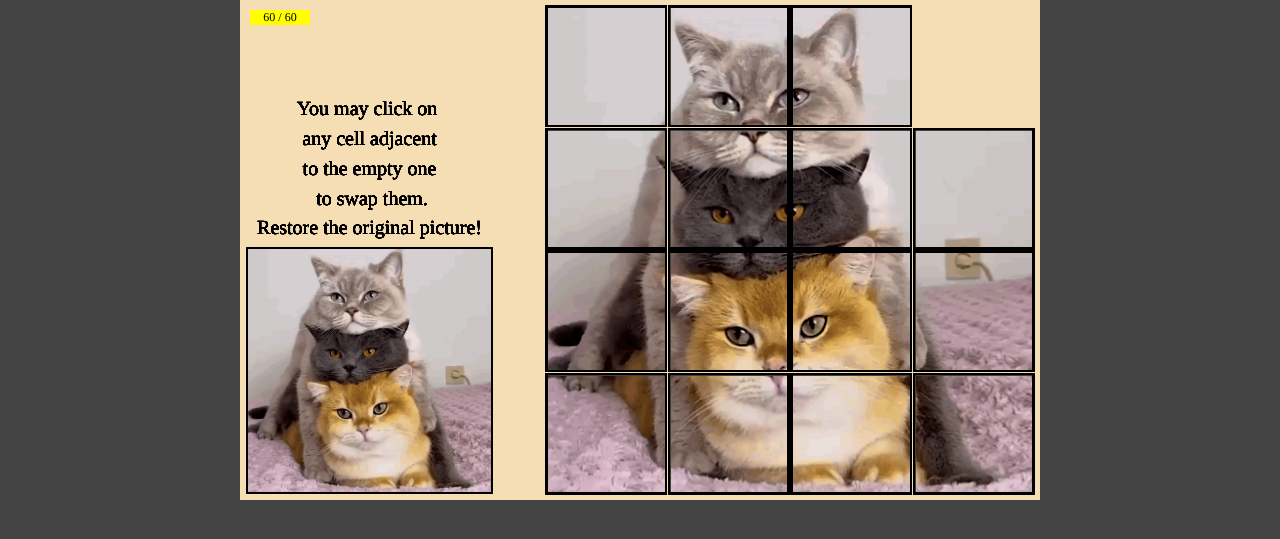
Repository: StevenZsombo/games
Page: docs/index.html
The author's editor kept a copy of each file at every save. The page is drawn from the files as they stood at one save, then again after the next save.
The browser window is 1280 px wide. The pictures show the whole page.

Above is the page before, as saved 2025-07-02 20:27:43.

### docs/index.html
<!DOCTYPE html>
<html lang="en">

<head>
  <meta charset="UTF-8">
  <meta name="viewport" content="width=device-width, initial-scale=1.0">
  <title>Game by Steven Zs :)</title>
  <style>
    body {
      margin: 0;
      padding: 0;
      min-height: 100vh;
      display: flex;
      justify-content: center;
      background: #444;
    }

    #canvasContainer {
      margin: 0;
      max-width: 800px;
      max-height: 500px;
      width: 100%;
      background: #000000;
    }

    #canvasContainer.full {
      position: fixed;
      top: 0;
      left: 0;
      right: 0;
      bottom: 0;
      margin: 0;
      max-width: none;
      max-height: none;
      display: flex;
      align-items: center;
      justify-content: center;
    }

    canvas {
      display: block;
      background: #000000;
      aspect-ratio: 800/500;
      width: 100%;
      height: auto;
    }

    #canvasContainer.full canvas {
      width: min(100vw, calc(100vh * 1.6));
      height: min(100vh, calc(100vw / 1.6));
      max-width: none;
      max-height: none;
    }
  </style>
</head>

<body>
  <div id="canvasContainer">
    <canvas id="myCanvas" width="800" height="500"></canvas>
  </div>

  <script>
    function fullscreenToggle() {
      document.getElementById('canvasContainer').classList.toggle('full');
    }
  </script>
  <script src="MM.js"></script>
  <script src="scripts.js"></script>
  <script src="animations.js"></script>
  <script src="gui.js"></script>
  <script src="template.js"></script>
</body>

</html>

### docs/template.js
//should import scripts.js
const framerateUnlocked = false
const denybuttons = false

window.onload = function () {
    let canvas = document.getElementById("myCanvas")
    canvas.style.touchAction = 'none'
    canvas.style.userSelect = 'none'
    canvas.style.webkitUserDrag = 'none'
    document.addEventListener('dragover', (e) => {
        e.preventDefault()
        e.stopPropagation()
    }
    )
    document.addEventListener('drop', (e) => {
        e.preventDefault()
        e.stopPropagation()
    }
    )
    canvas.tabIndex = 0
    //canvas.focus()
    beforeMain(canvas)
}

const beforeMain = function (canvas) {
    cropper = new Cropper()
    const cont = {}
    cropper.load_images("cats.png arrows.png".split(" "), cont, () => {
        files.push(cont["cats.png"])
        files.push(cont["arrows.png"])
        main(canvas)
    })


}

const main = function (canvas) {
    canvas ??= document.getElementById("myCanvas")
    game = new Game(canvas)
    game.tick()
}

class Game {
    constructor(canvas) {
        this.canvas = canvas
        this.screen = canvas.getContext("2d")
        this.WIDTH = canvas.width
        this.HEIGHT = canvas.height
        this.SIZE = {
            x: this.WIDTH,
            y: this.HEIGHT
        }
        this.rect = new Rect(0, 0, this.WIDTH, this.HEIGHT)
        this.BGCOLOR = stgs.BGCOLOR ?? "lightgray"
        //null for transparent
        this.CENTER = {
            x: this.SIZE.x / 2,
            y: this.SIZE.y / 2
        }

        this.mouser = new Mouser(canvas)
        this.keyboarder = new Keyboarder(denybuttons)
        this.framerate = new Framerater(true)
        this.framerateUnlocked = framerateUnlocked //redundant unless reused
        this.animator = new Animator()

        this.on_update_extras = []
        this.on_draw_extras = []
        this.append = []

        this.layers = Array(10).fill([])
        this.clickables = []

        this.add_clickable(this.framerate.button) //may be unwise


        this.lastCycleTime = Date.now()

        this.isRunning = true
        this.isDrawing = true

        this.initialize()
        this.initialize_more()
    }
    initialize() {

    }

    tick() {
        if (!this.isDrawing) {
            this.drawnAlready = true
        }
        if (!this.isRunning) {
            return
        }
        const now = Date.now()
        const dt = (now - this.lastCycleTime)
        this.lastCycleTime = now

        const screen = this.screen
        this.drawnAlready ? null : this.draw_reset(screen)
        this.update(dt)
        this.update_more(dt)
        this.on_update_extras.forEach(x => x.call(this))
        this.drawnAlready ? null : this.draw(screen)
        this.drawnAlready ? null : this.draw_more(screen)
        this.on_draw_extras.forEach(x => x.call(this))
        this.next_loop()
        this.next_loop_more()
        this.append.forEach(x => x.call(this))
        this.append.length = 0
        if (!this.isRunning) {
            return
        }

        this.framerate.update(dt, this.drawnAlready)
        if (!this.framerateUnlocked) {
            requestAnimationFrame(this.tick.bind(this))
        } else {
            setTimeout(this.tick.bind(this), 0)
            if (!this.drawnAlready) {
                this.drawnAlready = true
                requestAnimationFrame((function () { this.drawnAlready = false }).bind(this))
                this.animator.draw()
            }
        }




    }

    update(dt) {
        //update
        const now = Date.now()
        this.keyboarder.update(dt, now)
        this.update_clickables(dt)
        this.animator.update(dt)
        this.update_more(dt)

    }

    update_clickables(dt) {
        for (const b of this.clickables) {
            b.check(this.mouser.x, this.mouser.y, this.mouser.clicked, this.mouser.released, this.mouser.held)
        }

    }

    draw(screen) {
        //draw
        this.draw_layers(screen)
        this.framerate.draw(screen)

    }

    draw_reset(screen) {
        if (this.BGCOLOR) {
            screen.fillStyle = this.BGCOLOR
            screen.fillRect(0, 0, this.WIDTH, this.HEIGHT)
        } else {
            screen.clearRect(0, 0, this.WIDTH, this.HEIGHT)
        }
    }

    draw_layers(screen) {
        for (const layer of this.layers) {
            for (const item of layer) {
                item.draw(screen)
            }
        }
    }

    next_loop() {
        this.mouser.next_loop()
        this.keyboarder.next_loop()
    }
    close() {
        this.isRunning = false
        setTimeout(x => game.screen.fillRect(0, 0, game.WIDTH, game.HEIGHT), 100)

    }
    add_clickable(item, layer = 5) {
        this.add_drawable(item, layer)
        this.clickables.push(item)
    }
    add_drawable(item, layer = 5) {
        this.layers[layer].push(item)
    }


    ////////////////////////////////////////////////////////////////////////////////////////////////////////////////////
    ////////////////////////////////////////////////////////////////////////////////////////////////////////////////////
    ////////////////////////////////////////////////////////////////////////////////////////////////////////////////////
    ////////////////////////////////////////////////////////////////////////////////////////////////////////////////////
    ////////////////////////////////////////////////////////////////////////////////////////////////////////////////////
    ///                                             customize here                                                   ///
    /// ////////////////////////////////////////////////////////////////////////////////////////////////////////////////
    ///                                                                                                              ///
    ///         these are called  when appropriate                                                                   ///
    ///                                                                                                              ///
    ///         initialize_more                                                                                      ///
    ///         draw_more                                                                                            ///
    ///         update_more                                                                                          ///
    ///         next_loop_more                                                                                       ///
    ///                                                                                                              ///
    ///                                                                                                              ///
    ///                                                                                                              ///
    ///                                                                                                              ///
    ///                                                                                                              ///
    ///                                                                                                              ///
    ///                                                                                                              ///
    ///                                                                                                              ///
    ///                                                                                                              ///
    ///                                                                                                              ///
    ///                                                                                                              ///
    ///                                                                                                              ///
    ///                                                                                                              ///
    ///                                                                                                              ///
    ///                                             INITIALIZE                                                       ///
    /// start initialize_more:::::::::::::::::::::::::::::::::::::::::::::::::::::::::::::::::::::::::::::::::::::::::::
    initialize_more() {
        const butGrid = new Rect(0, 0, 500, 500).
            deflate(10, 10).
            centerinRect(this.rect).
            move(150, 0).
            splitGrid(4, 4)

        this.butGrid = butGrid.map((x, i) => x.map((b, j) => {
            b = Button.fromRect(b)
            b.deflate(6, 6)
            b.outline = 5
            this.add_clickable(b)
            b.tag = [i, j]
            b.origTag = [i, j]
            b.interactable = false
            return b
        }))

        this.buts = this.butGrid.flat()

        this.empty = this.butGrid[0][3]
        this.empty.color = "orange"
        this.empty.outline = 0
        this.empty.transparent = true
        this.victory = () => {
            if (this.buts.every(x => String(x.tag) == String(x.origTag))) {
                this.guidetxt.txt = "Congratulations!!!"
                //this.guidetxt.fontsize = 28
                const newanims = []
                MM.forr(5, x => {
                    newanims.push(new Anim(this.guidetxt, 200, "step", { varName: "fontsize", startVal: this.guidetxt.fontsize, endVal: 32 }))
                    newanims.push(new Anim(this.guidetxt, 200, "step", { varName: "fontsize", startVal: 32, endVal: this.guidetxt.fontsize, }))
                    newanims.push(new Anim(this.guidetxt, 500, "step", { varName: "rad", startVal: 0, endVal: TWOPI }))
                }
                )
                this.animator.add_sequence(
                    newanims
                )

            }
        }
        this.swap = (bu, bw, animate = stgs.clickAnimationSpeed, dontCheck = false) => {
            if (bu === bw) {
                return
            }
            const [i, j] = bu.tag
            if (!dontCheck && ![[i + 1, j], [i - 1, j], [i, j - 1], [i, j + 1]].map(String).includes(String(bw.tag))) {
                return
            }
            const buc = bu.center
            const bwc = bw.center
            bu.centeratV(bwc)
            bw.centeratV(buc)
            const butag = bu.tag
            bu.tag = bw.tag
            bw.tag = butag
            if (animate) {
                this.buts.forEach(b => b.interactable = false)
                this.animator.add_anim(bu, animate, "moveFrom", { x: bw.x, y: bw.y })
                this.animator.add_anim(bw, animate, "moveFrom", {
                    x: bu.x, y: bu.y,
                    on_end: () => game.buts.forEach(b => b.interactable = true)
                })
            }
            this.victory()
        }

        this.buts.forEach(b => {
            b.on_click = () => {
                this.swap(b, game.empty)
            }
        })

        this.cropper = new Cropper()
        const cropper = this.cropper
        let imgs = cropper.cropGrid(files[0], 4, 4).flat()
        for (let [img, but] of MM.zip(imgs, this.buts)) {
            but.img = img
        }

        //this.butGrid[this.empty.i][this.empty.j].color = "blue"
        this.shuffle = (animate = 100, times = 30) => {
            for (let i = 0; i < times; i++) {
                const doit = () => {
                    const bu = MM.choice(this.buts.filter(x => x != this.empty))
                    const bw = MM.choice(this.buts.filter(x => x !== bu && x !== this.empty))
                    this.swap(bu, bw, animate, true)
                }
                if (animate) {
                    setTimeout(doit.bind(this), i * 100 * 1.1)
                } else {
                    doit()
                }
            }
        }

        this.shuffle = () => { }

        this.guide = Button.fromRect(new Rect(0, 0, 0, 0))
        this.guide.leftat(0)
        this.guide.width = this.buts[0].left
        this.guide.y = 2 / 3 * this.HEIGHT
        this.guide.shrinkToSquare(true)
        this.guide.deflate(65, 0)
        this.guide.shrinkToSquare()
        this.guide.outline = 3
        this.guide.bottomat(this.buts.at(-1).bottom)
        this.guide.leftat(this.HEIGHT - this.guide.bottom)
        this.guide.img = files[0]
        this.guidetxt = new Button()
        this.guidetxt.width = this.guide.width
        this.guidetxt.leftat(this.guide.left)
        this.guidetxt.height = this.guide.top
        this.guidetxt.deflate(0, 100)
        this.guidetxt.bottomat(this.guide.top)
        this.guidetxt.move(0, -5)
        this.guidetxt.transparent = true
        this.guidetxt.fontsize = 20
        this.guidetxt.txt = "You may click on \n any cell adjacent \n to the empty one \n to swap them.\nRestore the original picture!"

        this.add_clickable(this.guidetxt)



        this.add_clickable(this.guide)
        this.guide.opacity = 1
        this.guidetxt.opacity = 1
        if (stgs.animationOnStartup) {
            this.empty.origSize = this.empty.size
            this.animator.add_sequence(
                new Anim(this.empty, 100, "delay", { on_end: () => this.empty.resize(1, 1) }),
                new Anim(this.empty, 500, "scaleFromSize", {
                    w: this.empty.origSize.width, h: this.empty.origSize.height,
                    on_end: () => {
                        this.empty.img = files[1]
                        this.empty.opacity = 1
                    }
                }),
                new Anim(this.empty, 10, "delay", {
                    on_end: () => { this.empty.resize(this.empty.origSize.width, this.empty.origSize.height) }
                }),
                new Anim(this.empty, 300, "scaleFromSize", {
                    w: 1, h: 1,
                    on_end: () => {
                        this.shuffle()
                        this.buts.forEach(b => b.interactable = true)
                        setTimeout(() => {
                            game.animator.add_anim(game.guidetxt, 600, "step", {
                                varName: "opacity", startVal: 1, endVal: 0
                            })
                            game.animator.add_anim(game.guide, 600, "step", {
                                varName: "opacity", startVal: 1, endVal: 0,
                                on_end: () => {
                                    game.guide.opacity = 0
                                    game.guidetxt.opacity = 0
                                }
                            })
                        }, 4000)
                    }
                }
                )
            )


        } else {
            this.empty.img = null //files[1]
            this.empty.opacity = 1
            this.shuffle(false, 30)
            this.buts.forEach(b => b.interactable = true)
            this.guide.opacity = 0
            this.guidetxt.opacity = 0
        }

        this.moveDic = {
            "a": [0, -1],
            "d": [0, 1],
            "w": [-1, 0],
            "s": [1, 0]
        }

        this.trymoving = (where) => {
            const pos = [...this.moveDic[where]]
            if (stgs.keyboardControlsInverted) {
                pos[0] *= -1
                pos[1] *= -1
            }
            pos[0] += this.empty.tag[0]
            pos[1] += this.empty.tag[1]
            const oth = this.buts.find(x => String(x.tag) == String(pos))
            if (oth && this.empty.interactable && oth.interactable) {
                this.swap(oth, this.empty)
            }
        }




    }
    ///end initialize_more^^^^^^^^^^^^^^^^^^^^^^^^^^^^^^^^^^^^^^^^^^^^^^^^^^^^^^^^^^^^^^^^^^^^^^^^^^^^^^^^^^^^^^^^^^^^
    ///                                         ^^^^INITIALIZE^^^^                                                   ///
    ///                                                                                                              ///
    ///                                               UPDATE                                                         ///
    /// start update_more:::::::::::::::::::::::::::::::::::::::::::::::::::::::::::::::::::::::::::::::::::::::::::::::
    update_more(dt) {




    }
    ///end update_more^^^^^^^^^^^^^^^^^^^^^^^^^^^^^^^^^^^^^^^^^^^^^^^^^^^^^^^^^^^^^^^^^^^^^^^^^^^^^^^^^^^^^^^^^^^^^^^^
    ///                                           ^^^^UPDATE^^^^                                                     ///
    ///                                                                                                              ///
    ///                                                DRAW                                                          ///
    ///start update_more::::::::::::::::::::::::::::::::::::::::::::::::::::::::::::::::::::::::::::::::::::::::::::::::
    draw_more(screen) {






    }
    ///end draw_more^^^^^^^^^^^^^^^^^^^^^^^^^^^^^^^^^^^^^^^^^^^^^^^^^^^^^^^^^^^^^^^^^^^^^^^^^^^^^^^^^^^^^^^^^^^^^^^^^^
    ///                                            ^^^^DRAW^^^^                                                      ///
    ///                                                                                                              ///
    ///                                              NEXT_LOOP                                                       ///
    ///start next_loop_more:::::::::::::::::::::::::::::::::::::::::::::::::::::::::::::::::::::::::::::::::::::::::::::
    next_loop_more() {

    }
    ///end next_loop_more^^^^^^^^^^^^^^^^^^^^^^^^^^^^^^^^^^^^^^^^^^^^^^^^^^^^^^^^^^^^^^^^^^^^^^^^^^^^^^^^^^^^^^^^^^^^^
    ///                                          ^^^^NEXT_LOOP^^^^                                                   ///
    ///                                                                                                              ///
    ///                                                                                                              ///
    /// ////////////////////////////////////////////////////////////////////////////////////////////////////////////////
} //this is the last closing brace

/// dev options
const dev = {

}/// end of dev
/// settings
const stgs = {
    clickAnimationSpeed: 50,
    animationOnStartup: false,
    BGCOLOR: "wheat",
    keyboardControlsInverted: false
}

const files = []
/// global dictionary
var game

Loaded but not shown: docs/scripts.js (711 lines, source omitted); docs/animations.js (421 lines, source omitted); docs/MM.js (291 lines, source omitted); docs/gui.js (278 lines, source omitted)

After the next save:
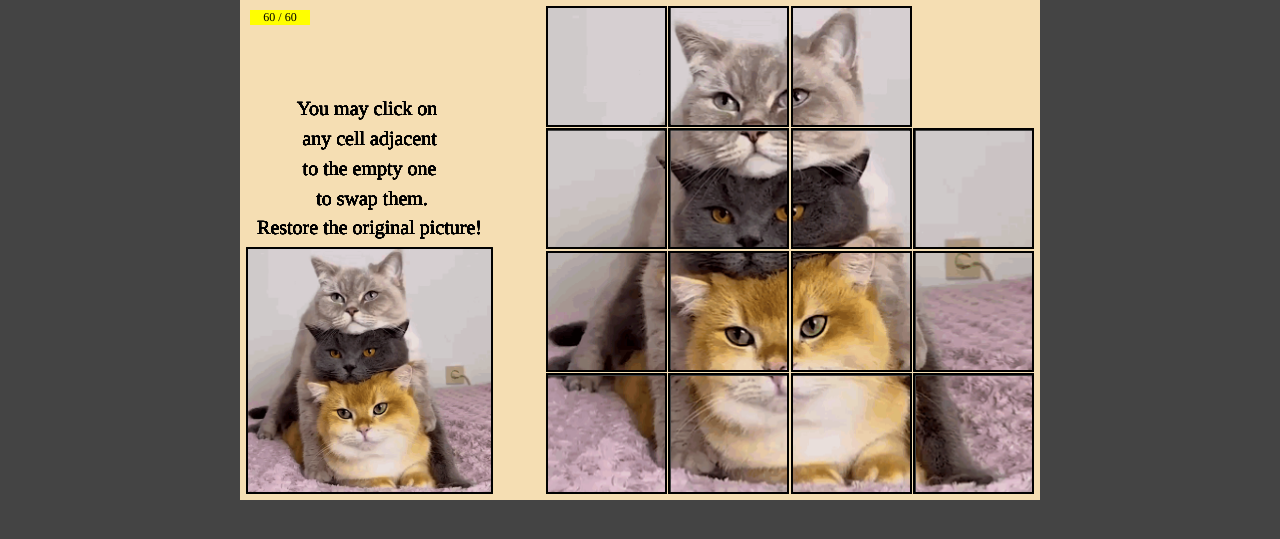
Saved 5 min 32 s later.
--- a/docs/template.js
+++ b/docs/template.js
@@ -229,7 +229,7 @@ class Game {
         this.butGrid = butGrid.map((x, i) => x.map((b, j) => {
             b = Button.fromRect(b)
             b.deflate(6, 6)
-            b.outline = 5
+            b.outline = 4
             this.add_clickable(b)
             b.tag = [i, j]
             b.origTag = [i, j]
@@ -245,6 +245,7 @@ class Game {
         this.empty.transparent = true
         this.victory = () => {
             if (this.buts.every(x => String(x.tag) == String(x.origTag))) {
+                this.clickables.forEach(x => x.interactable = false)
                 this.guidetxt.txt = "Congratulations!!!"
                 //this.guidetxt.fontsize = 28
                 const newanims = []
@@ -254,6 +255,7 @@ class Game {
                     newanims.push(new Anim(this.guidetxt, 500, "step", { varName: "rad", startVal: 0, endVal: TWOPI }))
                 }
                 )
+                //newanims.at(-1).on_end = () => { this.clickables.forEach(x => x.interactable = true) }
                 this.animator.add_sequence(
                     newanims
                 )
